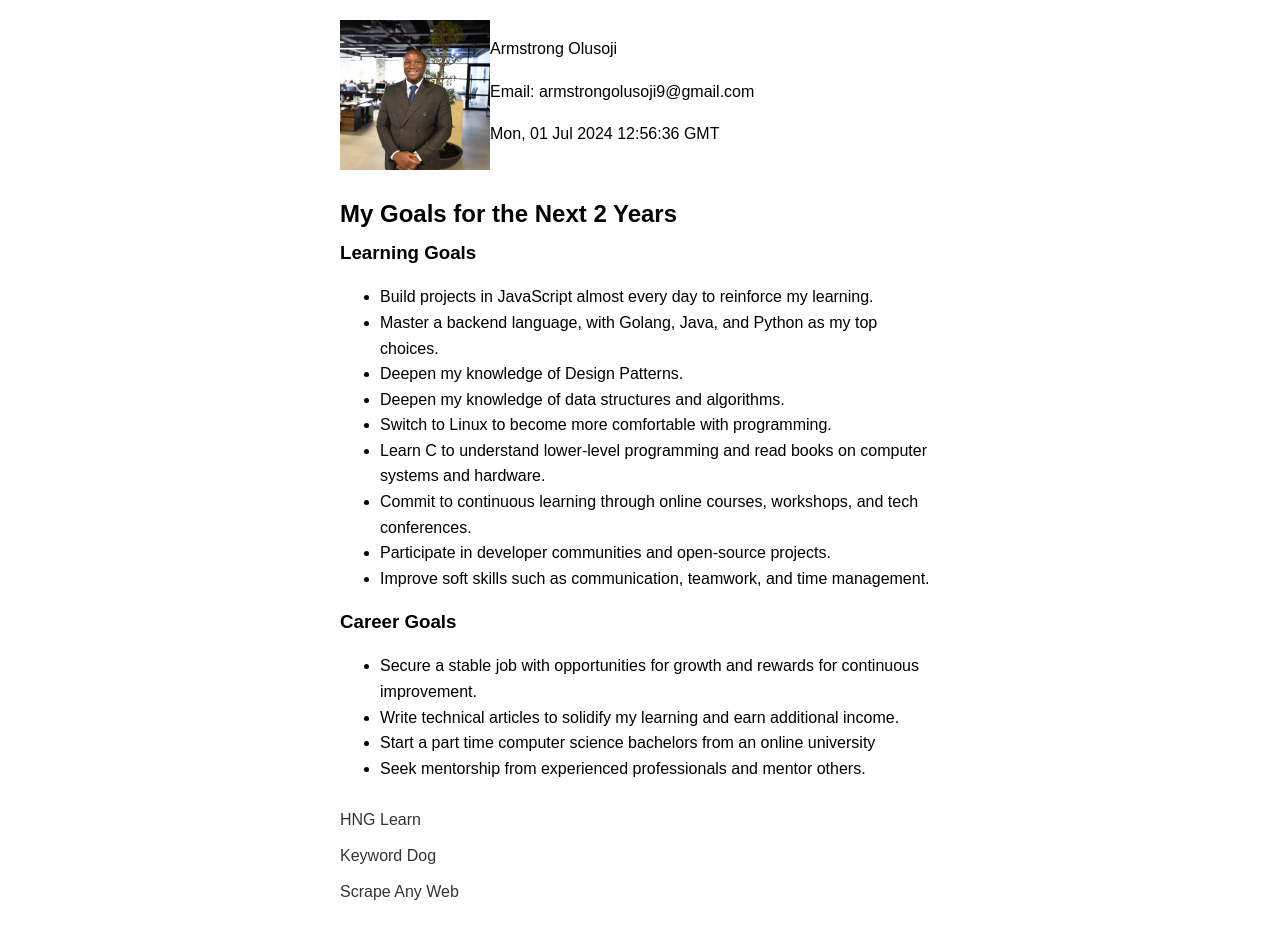
Repository: Armstrong2035/hng-project-one
Page: index.html
These files come from the project's save history. The page is drawn as it stood at one moment and after the next save; the edit follows.
The browser window is 1280 px wide. The pictures show the whole page.

Above is the page before, as saved 2024-07-01 16:18:35.

After the next save:
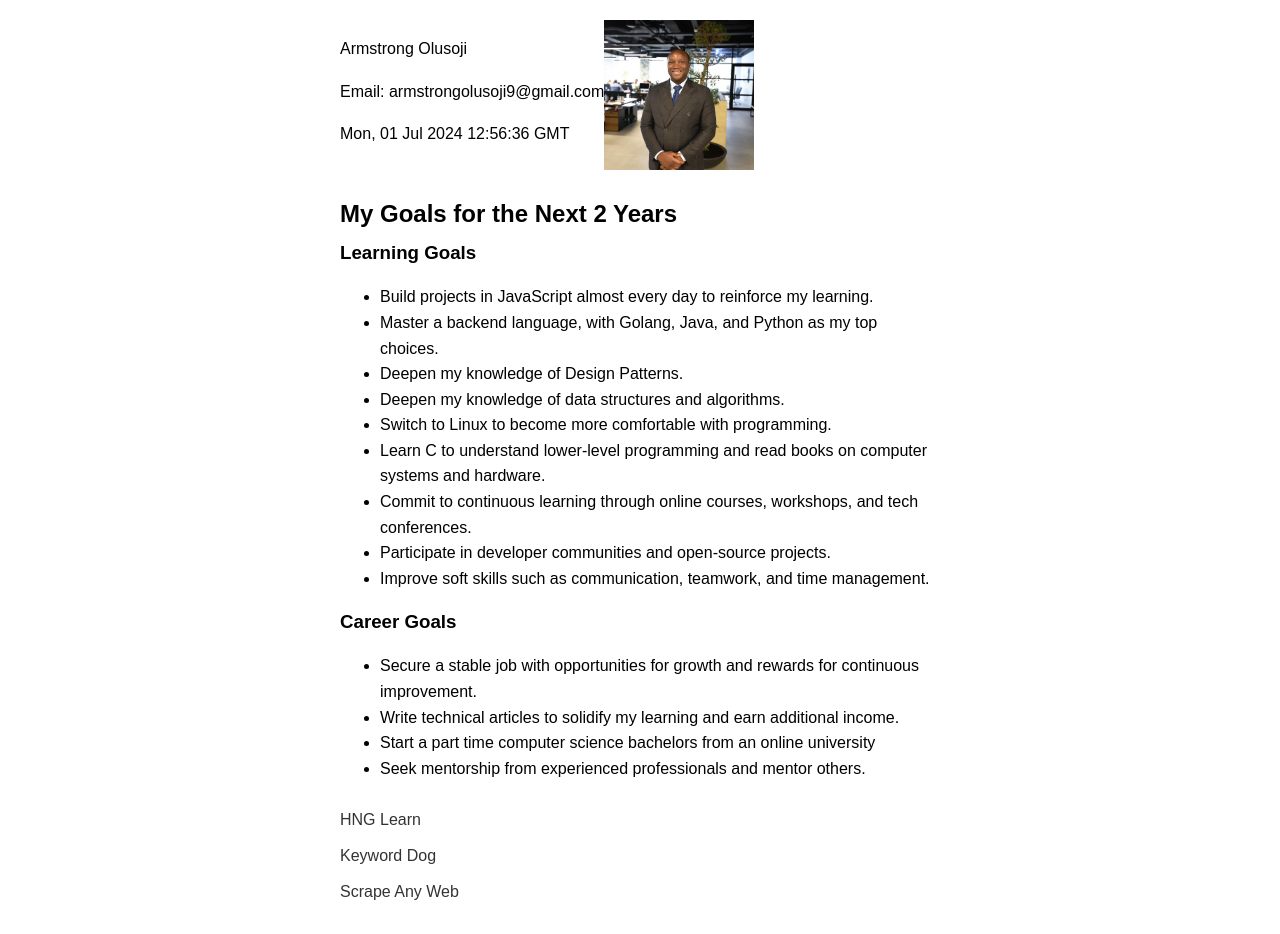
Saved 4 s later.
--- a/style.css
+++ b/style.css
@@ -26,7 +26,7 @@
   height: 150px;
   width: 150px;
   margin: 0 auto;
-  order: 2
+  order: 2;
   display: flex;
   align-items: flex-start;
 }

After the save that followed:
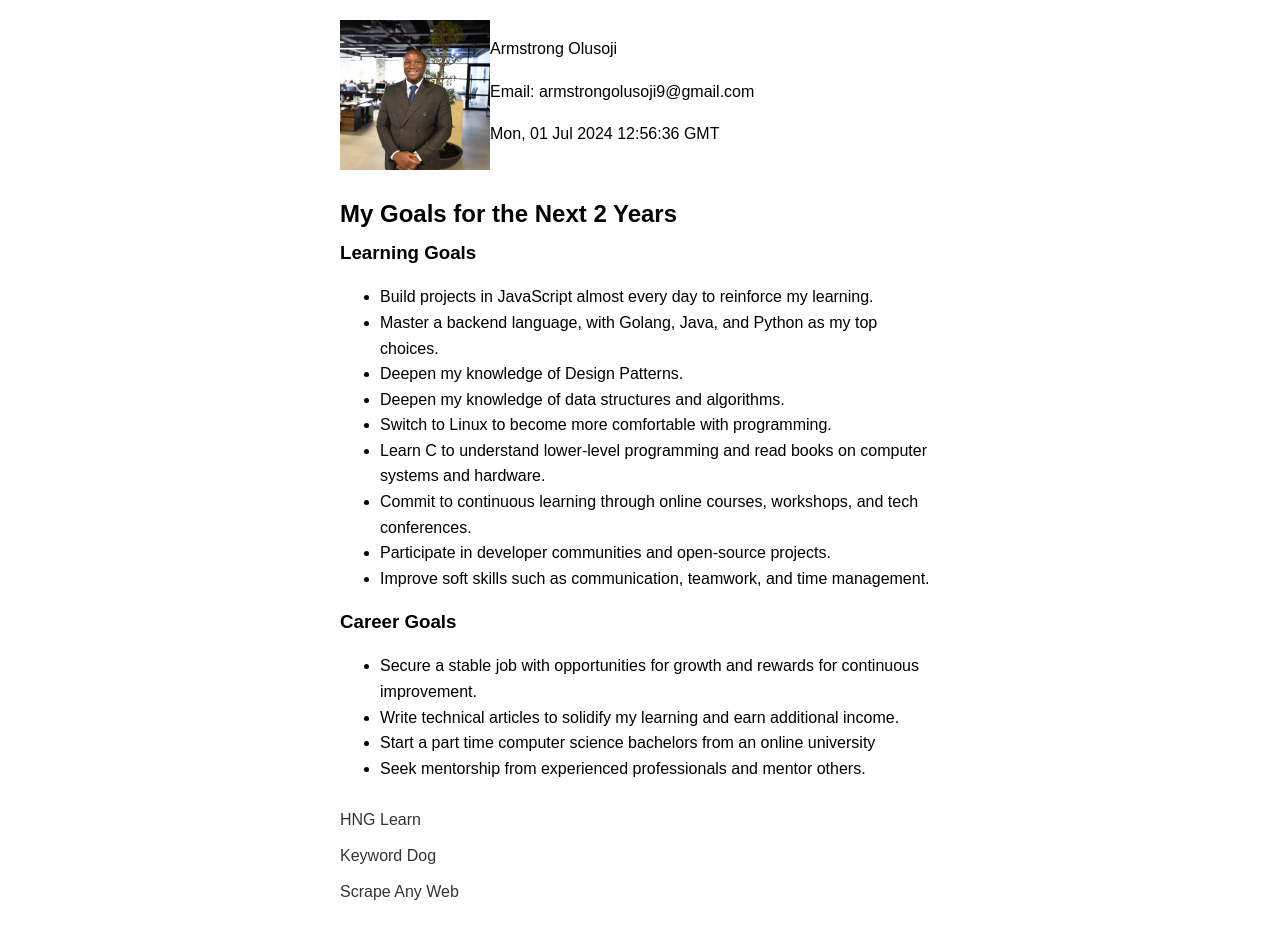
Saved 12 s later.
--- a/style.css
+++ b/style.css
@@ -26,7 +26,6 @@
   height: 150px;
   width: 150px;
   margin: 0 auto;
-  order: 2;
   display: flex;
   align-items: flex-start;
 }
